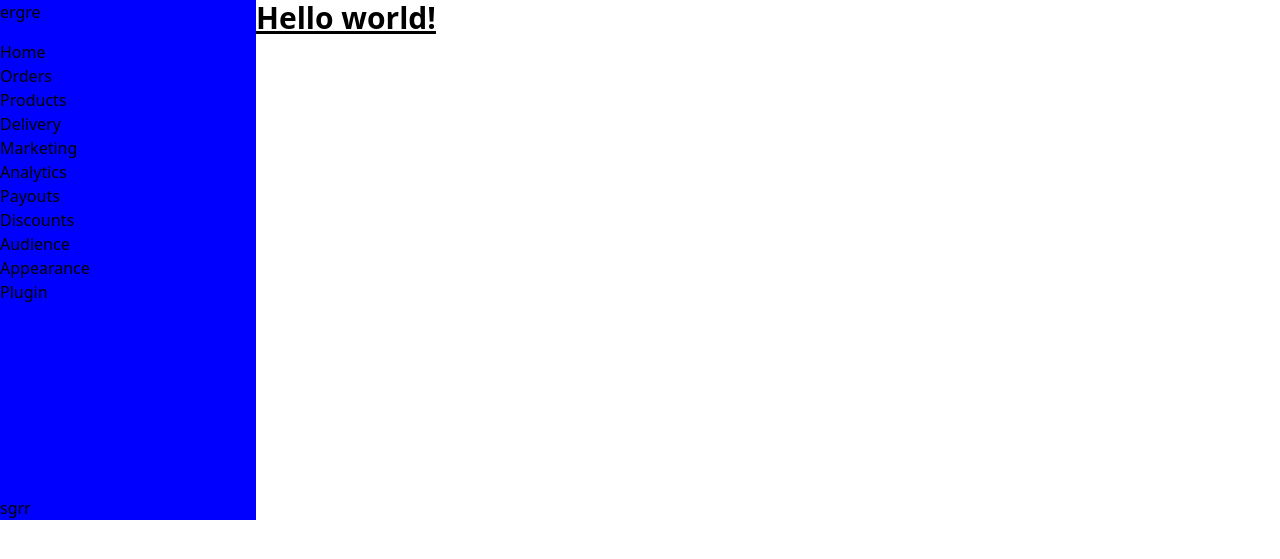
Repository: Yh010/dukaanDashboard
Page: /
The author's editor kept a copy of each file at every save. The page is drawn from the files as they stood at one save, then again after the next save.
The browser window is 1280 px wide. The pictures show the whole page.
The project was rebuilt for these pictures with package versions that can differ from the ones it lists, and the page was loaded fresh each time. Also part of the build but not shown: vite.config.js, src/App.css.

Above is the page before, as saved 2024-01-21 11:58:12.

### src/App.jsx
/* import { useState } from 'react' */
/* import reactLogo from './assets/react.svg'
import viteLogo from '/vite.svg' */
import './App.css'
import SideNavBar from './components/sidenavbar'

function App() {
/*   const [count, setCount] = useState(0) */

  return (
    <div className='grid grid-cols-10'>
      <div className='col-span-2'>
         <SideNavBar/>
      </div>

        <h1 className="text-3xl font-bold underline col-span-7">
            Hello world!
        </h1>

    </div>

  )
}

export default App

### src/components/sidenavbar.jsx
function SideNavBar() {
    return (
        <div className="sidenavbar" style={{backgroundColor:"blue"}} >

            <div className=" space-y-48 justify-between">
                <div className="space-y-4">
                    <div id="head">
                        ergre
                    </div>

                    <div id="items">
                        <ul>
                            <li>
                                <button>Home</button>
                            </li>
                            <li>
                                <button>Orders</button>
                            </li>
                            <li>
                                <button>Products</button>
                           </li>
                            <li>
                                 <button>Delivery</button>
                            </li>
                            <li>
                                <button>Marketing</button>
                            </li>
                            <li>
                                <button>Analytics</button>
                            </li>
                            <li>
                                <button>Payouts</button>
                            </li>
                            <li>
                                <button>Discounts</button>
                            </li>

                            <li>
                                <button>Audience</button>
                            </li>
                            <li>
                                <button>Appearance</button>
                            </li>
                            <li>
                                 <button>Plugin</button>
                            </li>
                        </ul>
                    </div>
                </div>

                <div id="credits">
                    sgrr
                </div>
            </div>

        </div>
    );
}

export default SideNavBar;

Loaded but not shown: index.html (common file); src/main.jsx (common file); src/index.css (common file); tailwind.config.js (common file)

After the next save:
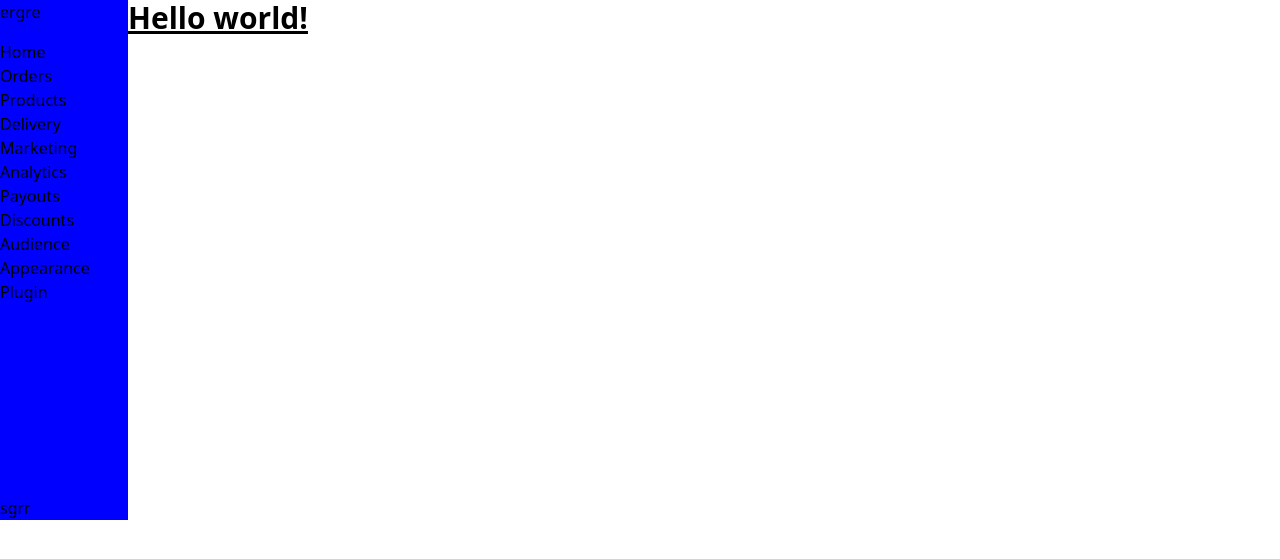
Saved 15 s later.
--- a/src/App.jsx
+++ b/src/App.jsx
@@ -9,11 +9,11 @@ function App() {
 
   return (
     <div className='grid grid-cols-10'>
-      <div className='col-span-2'>
+      <div className='col-span-1'>
          <SideNavBar/>
       </div>
 
-        <h1 className="text-3xl font-bold underline col-span-7">
+        <h1 className="text-3xl font-bold underline col-span-9">
             Hello world!
         </h1>
 
